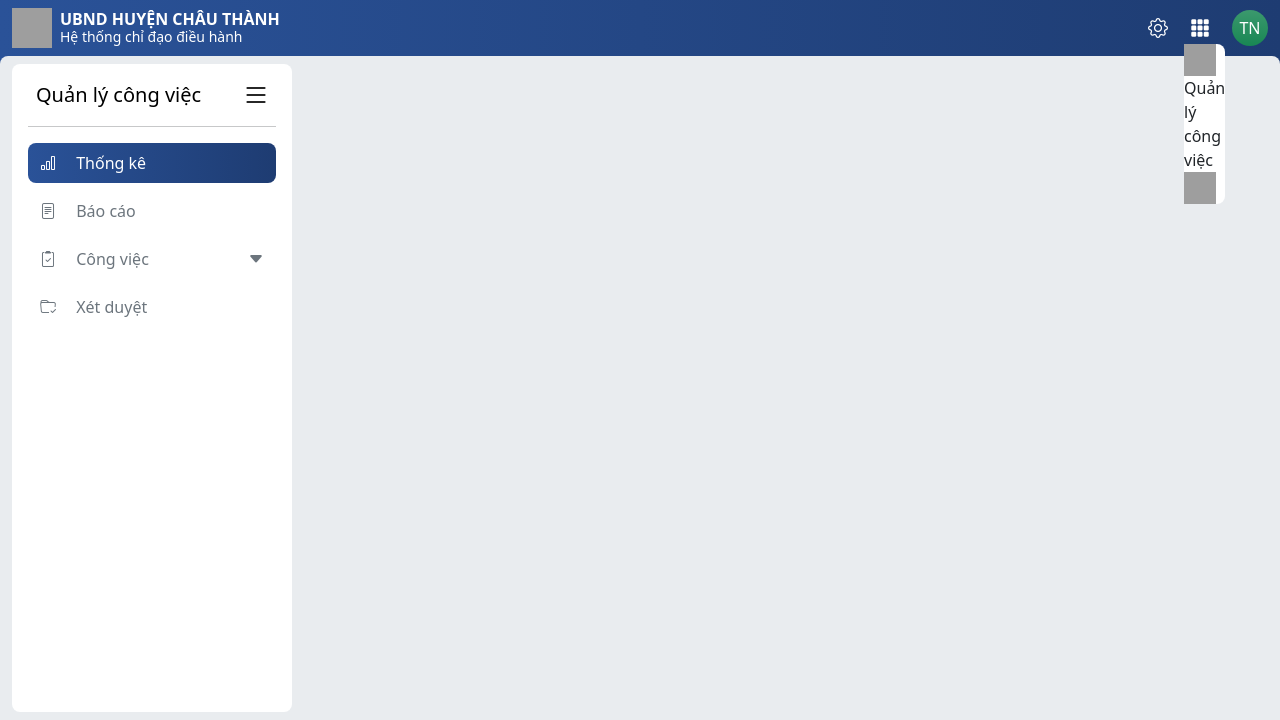
Repository: mys-pro/DATT-HeThongChiDaoDieuHanh
Page: index.html
These files come from the project's save history. The page is drawn as it stood at one moment and after the next save; the edit follows.
The browser window is 1280 px wide. The pictures show the whole page.
Pictures or frames that could not be fetched are drawn as grey boxes.

Above is the page before, as saved 2024-04-21 14:59:34.

After the next save:
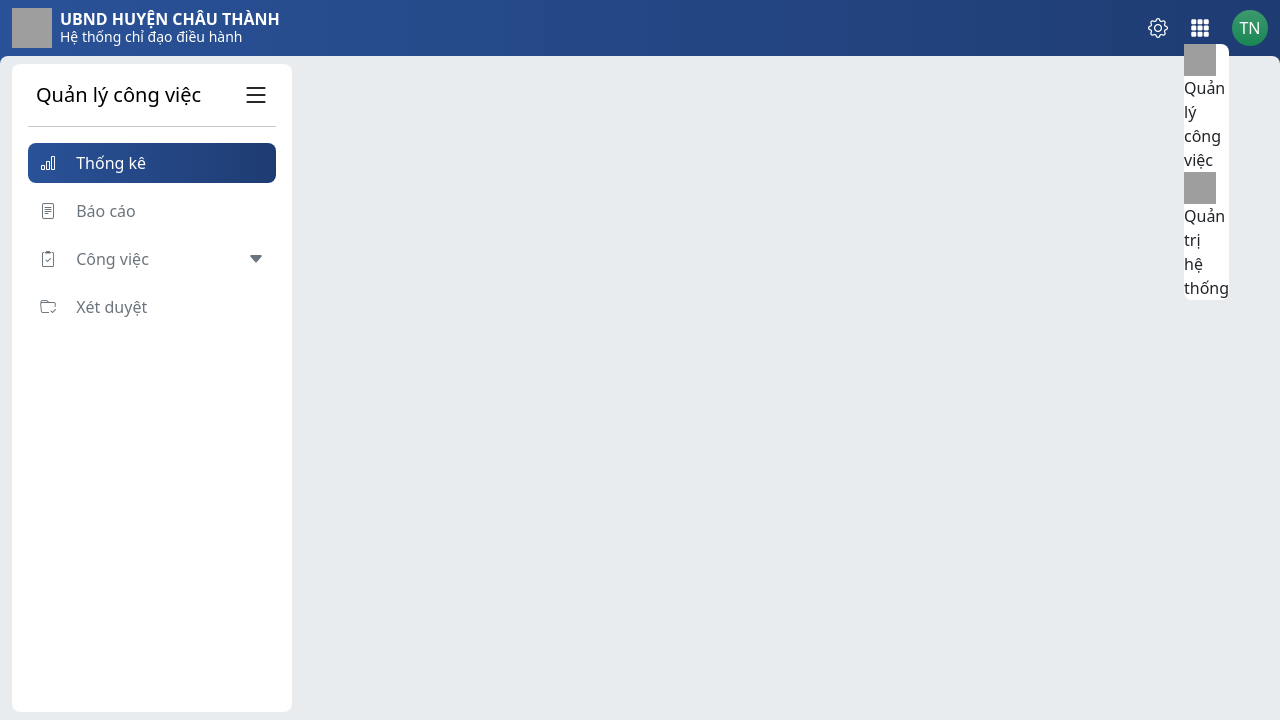
Saved 12 s later.
--- a/index.html
+++ b/index.html
@@ -45,6 +45,7 @@
                                 </div>
                                 <div class="co">
                                     <img src="./Assets/Image/admin-icon.png" alt="" width="32px" height="32px">
+                                    Quản trị hệ thống
                                 </div>
                             </div>
                         </li>
